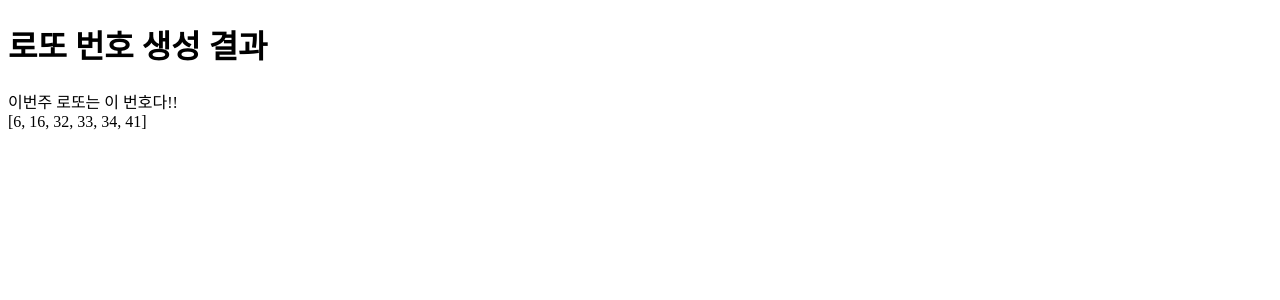
Repository: hanbeen03/javabasic
Page: http://localhost/JSPBasic/Tag_quiz03.jsp
These files come from the project's save history. The page is drawn as it stood at one moment and after the next save; the edit follows.
The browser window is 1280 px wide. The pictures show the whole page.
The page is served by Tomcat 9.

Above is the page before, as saved 2021-07-30 00:57:49.

### JSPBasic/WebContent/Tag_quiz03.jsp
<%@page import="java.util.*"%>

<%@ page language="java" contentType="text/html; charset=UTF-8"
    pageEncoding="UTF-8"%>
<!DOCTYPE html>
<html>
<head>
<meta charset="UTF-8">
<title>Insert title here</title>
</head>
<body>
	<%
		List<Integer> lottoNum = new ArrayList<>();
		int random;
		while(lottoNum.size() != 6) {
			random = (int)(Math.random() * 45 + 1);

			if(lottoNum.contains(random))
				continue;
			else
				lottoNum.add(random);
		}

		Collections.sort(lottoNum);

		out.println("<h1>로또 번호 생성 결과</h1>");
		out.println("이번주 로또는 이 번호다!!<br>");

		out.println(lottoNum.toString());
		//lottoNum.clear();
	%>

	<%--
	<% for(int i=0; i<6; i++) {
		<%= lottoNum.get(i) %>
	<% } %>
	--%>
</body>
</html>

After the next save:
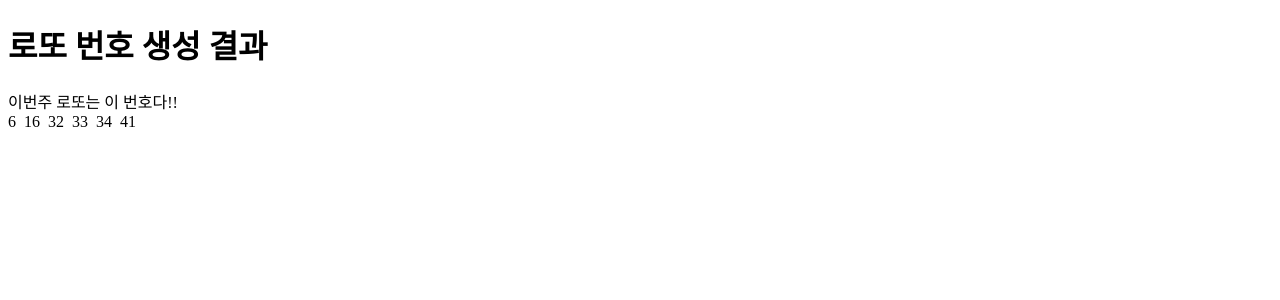
Saved 10 min 20 s later.
--- a/JSPBasic/WebContent/Tag_quiz03.jsp
+++ b/JSPBasic/WebContent/Tag_quiz03.jsp
@@ -26,7 +26,12 @@
 		out.println("<h1>로또 번호 생성 결과</h1>");
 		out.println("이번주 로또는 이 번호다!!<br>");
 
-		out.println(lottoNum.toString());
+		for(Integer num : lottoNum) {
+			out.println(num + "&nbsp;");
+			Thread.sleep(700);
+			out.flush();
+		}
+		//out.println(lottoNum.toString());
 		//lottoNum.clear();
 	%>
 
